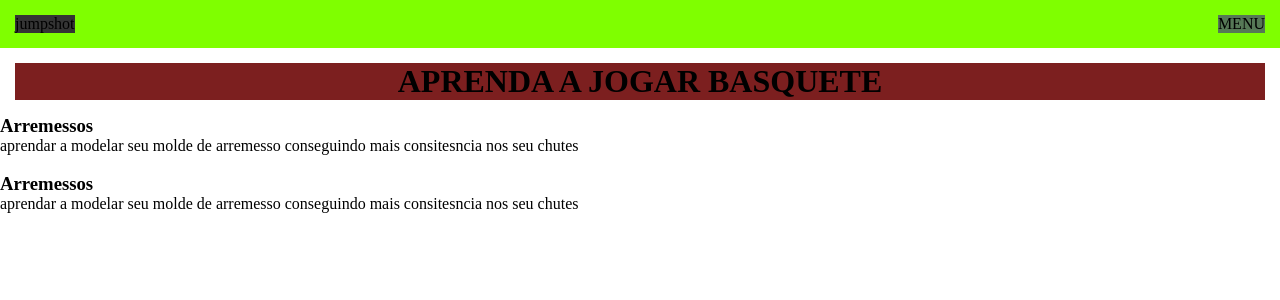
Repository: luisbisp/Jumpshot
Page: index.htm
An editor plug-in stored every save of this project. The page is shown before and after the next save, followed by the edit.
The browser window is 1280 px wide. The pictures show the whole page.

Above is the page before, as saved 2021-07-07 11:37:11.

### index.htm
<!DOCTYPE html>
<html lang="en">

<head>
    <meta charset="UTF-8">
    <meta http-equiv="X-UA-Compatible" content="IE=edge">
    <meta name="viewport" content="width=device-width, initial-scale=1.0">
    <link rel="stylesheet" href="./styles/styles.css">
    <title>jumpshot</title>
</head>

<body>
    <div class="container">
        <div class="">
            <header>
                <div class="logo">jumpshot</div>
                <div class="menu">
                    MENU
                </div>
            </header>
            <div class="div-title">
                <h1> APRENDA A JOGAR BASQUETE</h1>
            </div>
        </div>

         <!-- divs com o conteudo da pagina -->
        <div class="content">
            <div class="words">
                <h3>Arremessos</h3>
                <p>aprendar a modelar seu molde de arremesso conseguindo mais consitesncia nos seu chutes</p>
            </div>
            <div class="image">
                <img src="" alt="">
            </div>
        </div>

        <div class="content">
            <div class="words">
                <h3>Arremessos</h3>
                <p>aprendar a modelar seu molde de arremesso conseguindo mais consitesncia nos seu chutes</p>
            </div>
            <div class="image">
                <img src="" alt="">
            </div>
        </div>

    </div>
</body>

</html>

### styles/styles.css
*{
    margin: 0;
    padding: 0;
}


 header{
        background-color: chartreuse;
       display: flex;
       justify-content: space-between;
}

.logo{
    background-color: #343434;
    margin: 15px;
}

.menu{
    background-color: #567856;
    margin: 15px;
}

.div-title{
    background-color: rgb(124, 31, 31);
    display: flex;
    justify-content: center;
    margin: 15px;
}

After the next save:
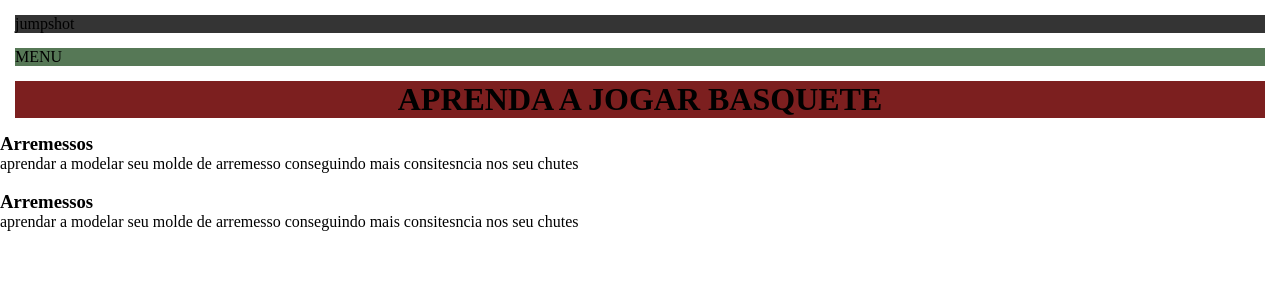
Saved 3 min 42 s later.
--- a/styles/styles.css
+++ b/styles/styles.css
@@ -4,7 +4,7 @@
 }
 
 
- header{
+ .div-header{
         background-color: chartreuse;
        display: flex;
        justify-content: space-between;

After the save that followed:
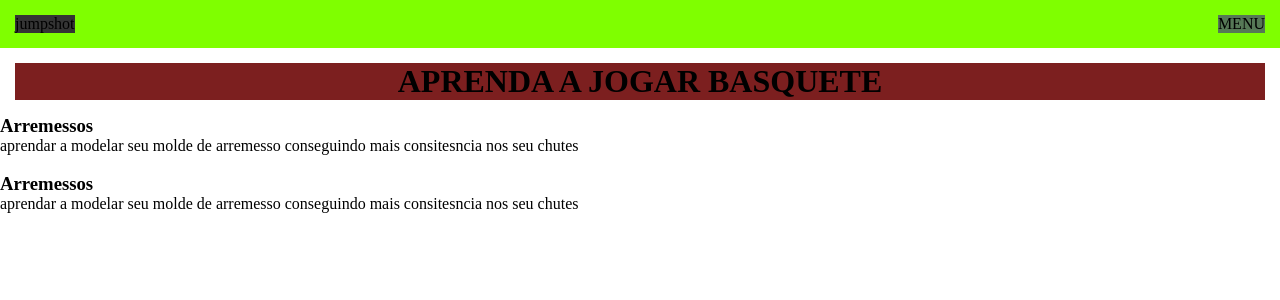
Saved 2 s later.
--- a/index.htm
+++ b/index.htm
@@ -10,18 +10,20 @@
 </head>
 
 <body>
-    <div class="container">
-        <div class="">
-            <header>
+    <div class="container">  <!-- div com todo conteudo da pagina -->
+
+
+        <header> <!-- div com conteudo do cabeçalho -->
+            <div class="div-header">
                 <div class="logo">jumpshot</div>
                 <div class="menu">
                     MENU
                 </div>
-            </header>
+            </div>
             <div class="div-title">
                 <h1> APRENDA A JOGAR BASQUETE</h1>
             </div>
-        </div>
+        </header>
 
          <!-- divs com o conteudo da pagina -->
         <div class="content">
